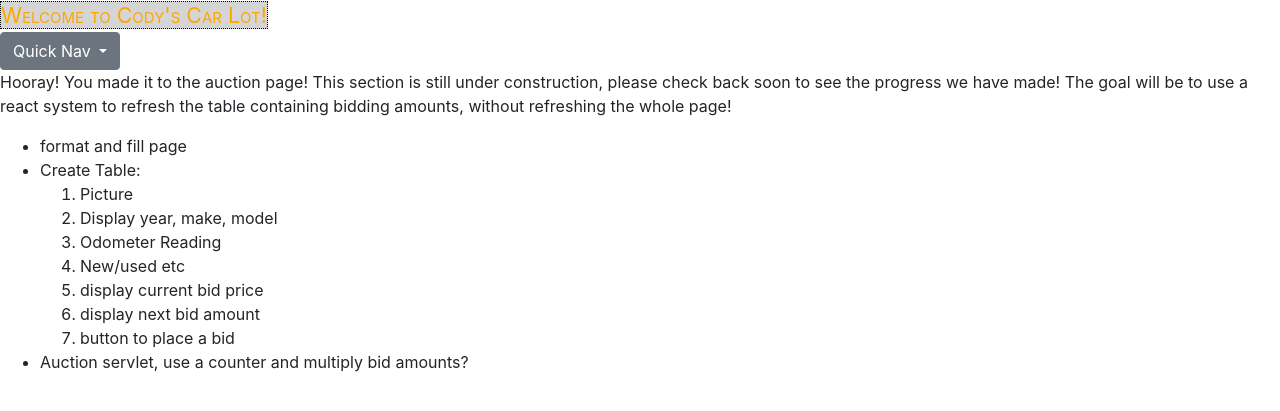
Repository: CodyHogge/CarDealershipProject
Page: http://localhost/CarDealershipProject/auction.jsp
The author's editor kept a copy of each file at every save. The page is drawn from the files as they stood at one save, then again after the next save.
The browser window is 1280 px wide. The pictures show the whole page.
The page is served by Tomcat 9. Other server files are loaded and not shown.

Above is the page before, as saved 2020-09-14 15:21:57.

### CarDealershipProject/WebContent/auction.jsp
<%@ taglib prefix="c" uri="http://java.sun.com/jsp/jstl/core" %>
<%@ page language="java" contentType="text/html; charset=ISO-8859-1"
    pageEncoding="ISO-8859-1"%>
<!DOCTYPE html>
<html>
<head>
<meta charset="ISO-8859-1">
<title>Cody's Car Lot</title>
<link rel="stylesheet" href="https://stackpath.bootstrapcdn.com/bootstrap/4.5.2/css/bootstrap.min.css" integrity="sha384-JcKb8q3iqJ61gNV9KGb8thSsNjpSL0n8PARn9HuZOnIxN0hoP+VmmDGMN5t9UJ0Z" crossorigin="anonymous">

<link rel="stylesheet" href="./styles/styles.css">


</head>
<body>


<span class="top-banner">Welcome to Cody's Car Lot!</span>


<div class="dropdown">
  <button class="btn btn-secondary dropdown-toggle" type="button" id="dropdownMenuLink" data-toggle="dropdown" aria-haspopup="true" aria-expanded="false">
    Quick Nav
  </button>
  <div class="dropdown-menu" aria-labelledby="dropdownMenuLink">
    <a class="dropdown-item" href="homePage.jsp">Home Page</a>
    <a class="dropdown-item" href="inventory.jsp">Inventory</a>
    <a class="dropdown-item" href="auction.jsp">Auction Page</a>
    <a class="dropdown-item" href="businessPage.jsp">Business Reports</a>
  </div>
</div>


<p class="auction-paragraph"> Hooray! You made it to the auction page! This section is still under construction, please check back soon to see the progress
we have made! The goal will be to use a react system to refresh the table containing bidding amounts, without refreshing the whole page!
	<ul class="auction-to-do-list">
		<li> format and fill page </li>
		<li> Create Table:
			<ol>
				<li>Picture</li>
				<li>Display year, make, model</li>
				<li>Odometer Reading</li>
				<li>New/used etc</li>
				<li>display current bid price</li>
				<li>display next bid amount</li>
				<li>button to place a bid</li>
			</ol>
		</li>
		<li> Auction servlet, use a counter and multiply bid amounts?</li>
	</ul>
</p>

<script src="https://code.jquery.com/jquery-3.5.1.slim.min.js" integrity="sha384-DfXdz2htPH0lsSSs5nCTpuj/zy4C+OGpamoFVy38MVBnE+IbbVYUew+OrCXaRkfj" crossorigin="anonymous"></script>
<script src="https://cdn.jsdelivr.net/npm/popper.js@1.16.1/dist/umd/popper.min.js" integrity="sha384-9/reFTGAW83EW2RDu2S0VKaIzap3H66lZH81PoYlFhbGU+6BZp6G7niu735Sk7lN" crossorigin="anonymous"></script>
<script src="https://stackpath.bootstrapcdn.com/bootstrap/4.5.2/js/bootstrap.min.js" integrity="sha384-B4gt1jrGC7Jh4AgTPSdUtOBvfO8shuf57BaghqFfPlYxofvL8/KUEfYiJOMMV+rV" crossorigin="anonymous"></script>
</body>
</html>

### CarDealershipProject/WebContent/styles/styles.css
.top-banner{
	font-variant: small-caps;
	font-size: 16pt;
	border-style: dotted;
	border-right-width: 1px;
	border-left-width: 1px;
	border-top-width: 1px;
	border-bottom-width: 1px;
	border-color: black;
	background-color: #d5d5d5;
	color: orange;
}


.avail-cars{
	margin: 15px;
	background-color: #d5d5d5;
	border-style: solid;
	border-right-width: 1px;
	border-left-width: 1px;
	border-top-width: 1px;
	border-bottom-width: 1px;
	border-color: black;
}
avail-cars.td{
	background-color: gray;
	border-style: solid;
	border-right-width: 2px;
	border-left-width: 2px;
	border-top-width: 2px;
	border-bottom-width: 2px;
	border-color: black;
}
.sold-cars{
	margin: 15px;
	background-color: #d5d5d5;
	border-style: solid;
	border-right-width: 1px;
	border-left-width: 1px;
	border-top-width: 1px;
	border-bottom-width: 1px;
	border-color: black;
}
.h4{
	margin: 10px;
	font-variant: small-caps;
}

After the next save:
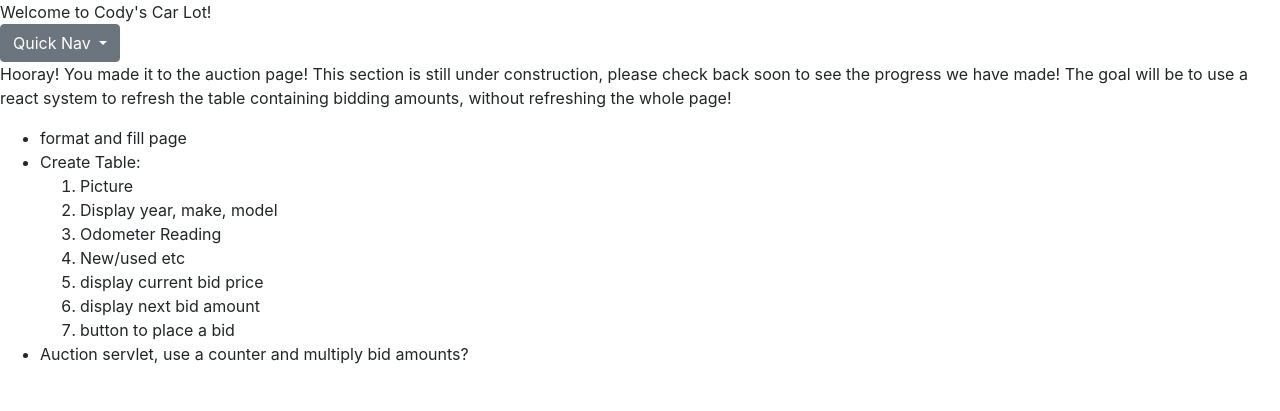
Saved 80 s later.
--- a/CarDealershipProject/WebContent/styles/styles.css
+++ b/CarDealershipProject/WebContent/styles/styles.css
@@ -1,4 +1,4 @@
-.top-banner{
+top-banner{
 	font-variant: small-caps;
 	font-size: 16pt;
 	border-style: dotted;
